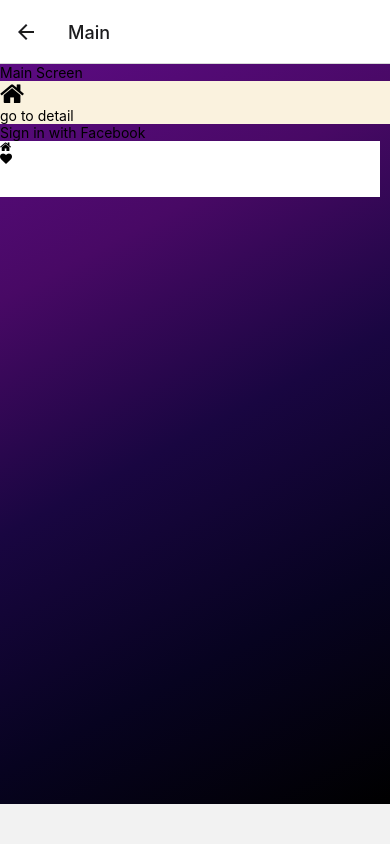
Repository: eyebone/barManager
Screen: /Main
The author's editor kept a copy of each file at every save. The screen is drawn from the files as they stood at one save, then again after the next save.
The app was drawn by React Native's web renderer in a window 390 px wide. The project was rebuilt for these pictures with package versions that can differ from the ones it lists, and the page was loaded fresh each time. Some packages were replaced by stand-ins written for this rebuild. Also part of the build but not shown: components/EmojiPicker.js, components/Button.js, components/ImageViewer.js, components/circleButton.js, components/IconButton.js, view/ViewOne.js, view/Sign.js.

Above is the screen before, as saved 2023-06-26 17:04:46.

### App.js
// In App.js in a new project

import * as React from "react";
import { Button, View, Text, StyleSheet, Pressable, Alert } from "react-native";
// import React-native from 'react-native';
import { NavigationContainer } from "@react-navigation/native";
import { createNativeStackNavigator } from "@react-navigation/native-stack";
import { ViewOne } from "./view/ViewOne";
import { SignView } from "./view/Sign";
import { LinearGradient } from "expo-linear-gradient";
import FontAwesome from "react-native-vector-icons/FontAwesome";
import { MainView } from "./view/Main";

function HomeScreen({ navigation }) {
  return (
    <View style={styles.container}>
      <LinearGradient
        start={{ x: 0, y: 0 }}
        end={{ x: 1, y: 1 }}
        colors={["#5c0b82", "#480965", "#190641", "#070320", "#000000"]}
        style={styles.linearGradient}
      >
        <Text>Home Screen</Text>
        <Pressable
          style={(styles.button, { backgroundColor: "#faf2de" })}
          onPress={() => navigation.push("test")}
        >
          <FontAwesome name="home" size={26} style={{ paddingRight: 8 }} />
          <Text>go to detail</Text>
        </Pressable>

        <Button
          title="Go to Sign"
          onPress={() => navigation.navigate("sign")}
        />
        <Text style={styles.buttonText}>Sign in with Facebook</Text>
      </LinearGradient>
    </View>
  );
}

const Stack = createNativeStackNavigator();

function App() {
  return (
    <NavigationContainer style={styles.container}>
      <Stack.Navigator initialRouteName="Home">
        <Stack.Screen
          name="Home"
          component={HomeScreen}
          // options={{ title: "Overview", backgroundColor: "transparent" }}
          options={{ headerShown: false }}
        />
        <Stack.Screen name="test" component={ViewOne} />
        <Stack.Screen name="sign" component={SignView}
          options={{ headerShown: false }}
        />
        <Stack.Screen name="Main" component={MainView} />
      </Stack.Navigator>
    </NavigationContainer>
  );
}

export default App;

const styles = StyleSheet.create({
  container: {
    flex: 1,
    flexDirection: "column",
    backgroundColor: "#000000",
    //    alignItems: 'center',
  },
  linearGradient: {
    height: 740,
  },
  button: {
    borderRadius: 10,
    width: 300,
    height: 30,
    alignItems: "center",
    justifyContent: "center",
    flexDirection: "row",
  },
});

### view/Main.js
// 这是主界面

import { useState } from "react";
import { StatusBar } from "expo-status-bar";
import { StyleSheet, View } from "react-native";
import * as ImagePicker from "expo-image-picker";
import EmojiPicker from "../components/EmojiPicker";
import Button from "../components/Button";
import ImageViewer from "../components/ImageViewer";
import CircleButton from "../components/circleButton";
import IconButton from "../components/IconButton";
import { NavigationContainer } from "@react-navigation/native";
import { createNativeStackNavigator } from "@react-navigation/native-stack";
import { Text, Pressable } from "react-native";
import { NavigationBar } from "../components/NavigationBar";
import { LinearGradient } from "expo-linear-gradient";
import FontAwesome from "react-native-vector-icons/FontAwesome";

export function MainView({ navigation }) {
  return (
    <LinearGradient
      start={{ x: 0, y: 0 }}
      end={{ x: 1, y: 1 }}
      colors={["#5c0b82", "#480965", "#190641", "#070320", "#000000"]}
      style={styles.linearGradient}
    >
      <Text>Main Screen</Text>
      <Pressable
        style={(styles.button, { backgroundColor: "#faf2de" })}
        onPress={() => navigation.push("Home")}
      >
        <FontAwesome name="home" size={26} style={{ paddingRight: 8 }} />
        <Text>go to detail</Text>
      </Pressable>

      <Text style={styles.buttonText}>Sign in with Facebook</Text>
      <NavigationBar />
    </LinearGradient>
  );
}

const styles = StyleSheet.create({
  container: {
    flex: 1,
    flexDirection: "column",
    backgroundColor: "#000000",
    //    alignItems: 'center',
  },
  linearGradient: {
    height: 740,
  },
  button: {
    borderRadius: 10,
    width: 300,
    height: 30,
    alignItems: "center",
    justifyContent: "center",
    flexDirection: "row",
  },
});

### components/NavigationBar.js
//这是底部导航栏
import { StatusBar } from "expo-status-bar";
import { StyleSheet, View, Text } from "react-native";
import Button from "../components/Button";
import ImageViewer from "../components/ImageViewer";
import * as ImagePicker from "expo-image-picker";
import { useState } from "react";
const PlaceholderImage = require("../assets/images/background-image.png");
import * as React from "react";
import FontAwesome from "react-native-vector-icons/FontAwesome";
import {
  FlatList,
  Image,
  Platform,
  Pressable,
  PixelRatio,
  TextInput,
  Alert,
} from "react-native";
import { NavigationContainer } from "@react-navigation/native";
import { createNativeStackNavigator } from "@react-navigation/native-stack";
import { LinearGradient } from "expo-linear-gradient";

export function NavigationBar({navigation}) {
    return (
      <View style={styles.bar}>
        <Pressable>
          <FontAwesome name="home"></FontAwesome>
        </Pressable>
        <Pressable>
          <FontAwesome name="heart"></FontAwesome>
        </Pressable>
      </View>
    );
}

const styles = StyleSheet.create({
    bar:{
        width: 380,
        height: 56,
        backgroundColor: "#fff",
        bottom: 0,
    },
})

After the next save:
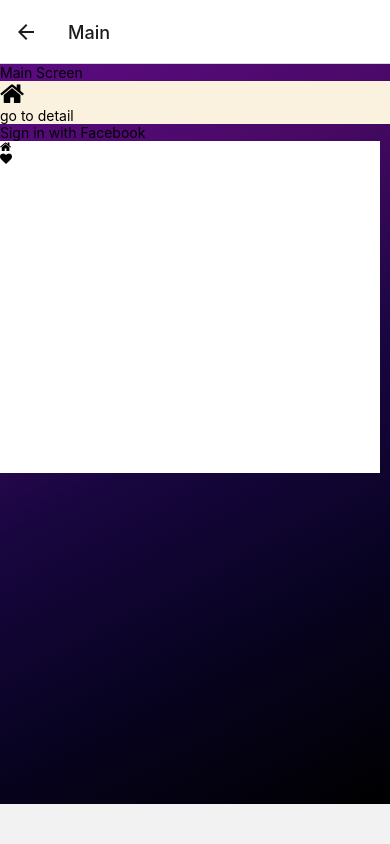
Saved 108 s later.
--- a/components/NavigationBar.js
+++ b/components/NavigationBar.js
@@ -39,6 +39,6 @@ const styles = StyleSheet.create({
         width: 380,
         height: 56,
         backgroundColor: "#fff",
-        bottom: 0,
+        flex: 1/2
     },
 })
